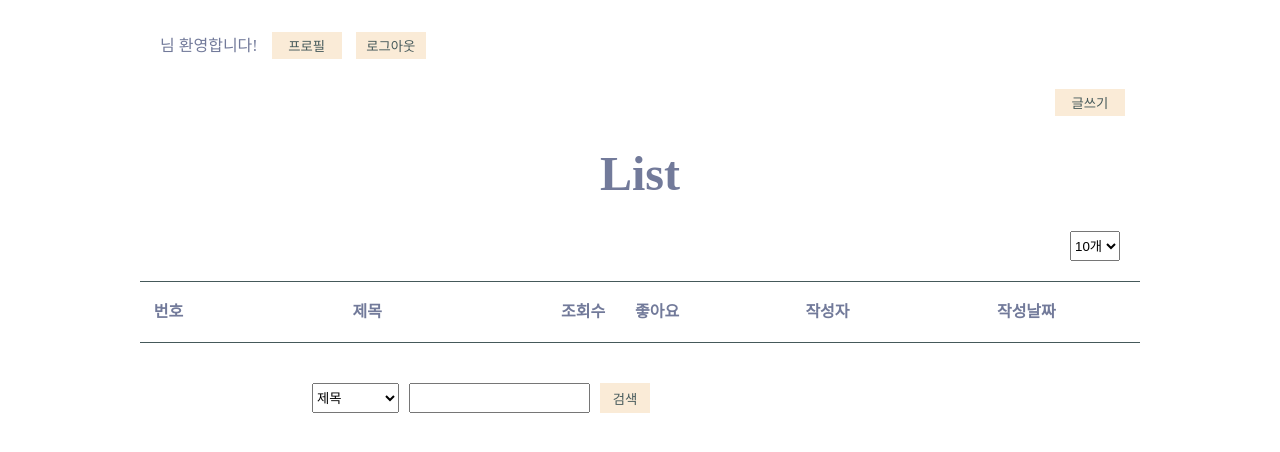
Repository: kayoyo/jsp
Page: http://localhost/BoardWeb_4/WEB-INF/jsp/board/list.jsp
These files come from the project's save history. The page is drawn as it stood at one moment and after the next save; the edit follows.
The browser window is 1280 px wide. The pictures show the whole page.
The page is served by Tomcat 9. Nobody is signed in. The template is opened directly, without the code that normally fills it, so the values that code supplies are empty.

Above is the page before, as saved 2020-09-04 04:04:27.

After the next save:
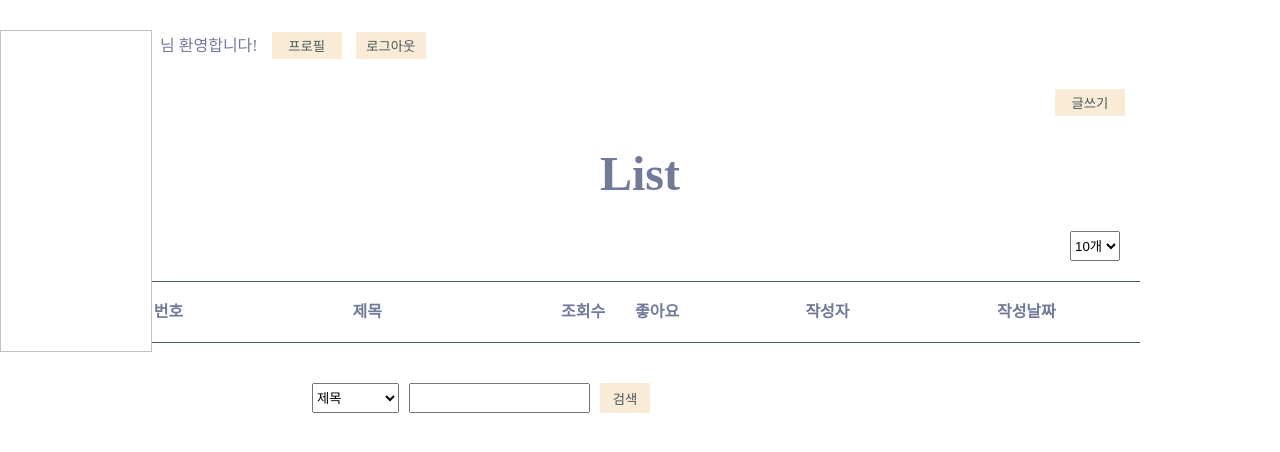
Saved 40 s later.
--- a/BoardWeb_4/WebContent/WEB-INF/jsp/board/list.jsp
+++ b/BoardWeb_4/WebContent/WEB-INF/jsp/board/list.jsp
@@ -133,7 +133,42 @@ table { text-align: center;
 		border-top: 1px solid  #45595a;
 		border-collapse: collapse;
 }
-.profileContainer { display:inline-block;}
+#likeListContainer {
+		padding: 10px;
+		border: 1px solid #bdc3c7;
+		position: absolute;
+		left: 0px;
+		top: 30px;
+		width: 130px;
+		height: 300px;
+		overflow-y: auto;
+		background-color: white !important;
+		transition-duration : 500ms;
+	}
+
+
+
+	.profile {
+		background-color: white !important;
+		display: inline-block;
+		width: 25px;
+		height: 25px;
+	    border-radius: 50%;
+	    overflow: hidden;
+	}
+
+	.likeItemContainer {
+		display: flex;
+		width: 100%;
+	}
+
+	.likeItemContainer .nm {
+		background-color: white !important;
+		margin-left: 7px;
+		font-size: 0.7em;
+		display: flex;
+		align-items: center;
+	}
 
 
 
